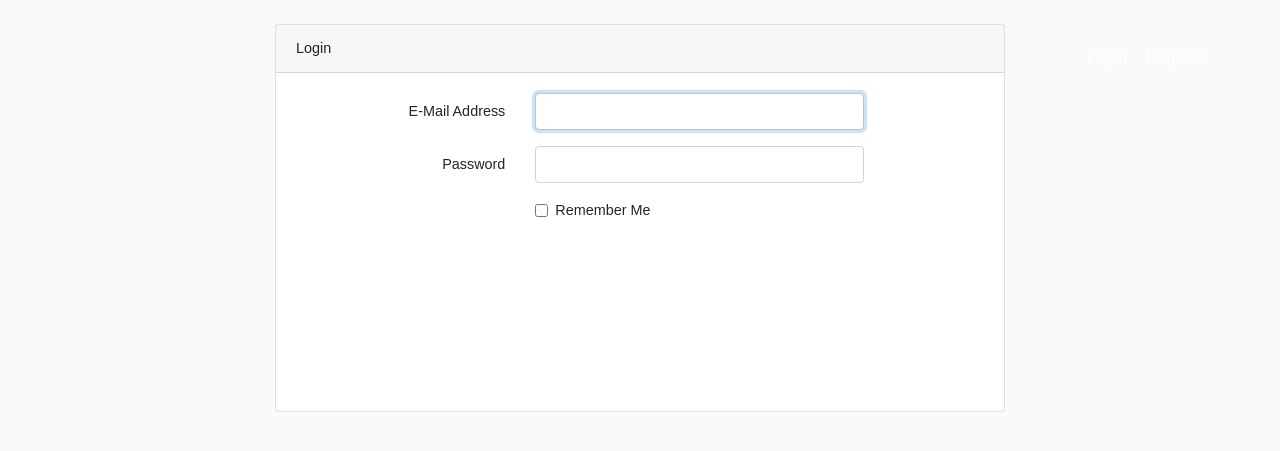
Repository: PatryxB/buildHouse
Page: http://localhost/login
These files come from the project's save history. The page is drawn as it stood at one moment and after the next save; the edit follows.
The browser window is 1280 px wide. The pictures show the whole page.
Some web fonts or font styles are not loaded; a fallback is used. The page is served by the project's Laravel application, run on PHP 8.4 with Laravel 8. Other server files are loaded and not shown. Style sheets and scripts are compiled from the project's sources, by tool versions that may differ from the author's.

Above is the page before, as saved 2020-04-30 20:32:21.

### resources/views/layouts/app.blade.php
<!doctype html>
<html lang="{{ str_replace('_', '-', app()->getLocale()) }}">
<head>
    <meta charset="utf-8">
    <meta name="viewport" content="width=device-width, initial-scale=1">

    <!-- CSRF Token -->
    <meta name="csrf-token" content="{{ csrf_token() }}">

    <title>{{ config('app.name', 'Laravel') }}</title>

    <!-- Scripts -->
    <script src="{{ asset('js/app.js') }}" defer></script>

    <!-- Fonts -->
    <link rel="dns-prefetch" href="//fonts.gstatic.com">
    <link href="https://fonts.googleapis.com/css?family=Nunito" rel="stylesheet">

    <!-- Styles -->
    <link href="{{ asset('css/app.css') }}" rel="stylesheet">
</head>
<body>
    <div id="app">
        <nav>
            @if (Route::has('login'))
                <div class="top-right links">
                    @auth
                        <a href="{{ url('/home') }}">Home</a>
                    @else
                        <a href="{{ route('login') }}">Login</a>

                        @if (Route::has('register'))
                            <a href="{{ route('register') }}">Register</a>
                        @endif
                    @endauth
                </div>
            @endif

        </nav>
        <main class="py-4">
            @yield('content')
        </main>
    </div>
</body>
</html>

### resources/sass/app.scss
// Fonts
@import url('https://fonts.googleapis.com/css?family=Nunito');
@import url('https://fonts.googleapis.com/css2?family=Varela+Round&display=swap');

// Variables
@import 'variables';

// Bootstrap
@import '~bootstrap/scss/bootstrap';

html, body{
    margin: 0;
    padding: 0;
    box-sizing: border-box;
    font-family: 'Varela Round', sans-serif;
}

.banner img{
    width: 100%;
    height: 75vh;
    background-repeat: no-repeat;
    position: relative;
}
nav{
    position: absolute;
    top: 8%;
    left: 89%;
    transform: translate(-50%, -50%);
}
nav a {
    color: white;
    font-size: 16px;
    margin-left: 15px;
}
.text-banner{
    color: white;
    position: absolute;
    top: 30%;
    left: 50%;
    transform: translate(-50%, -50%);
    text-align: center;
}
.btn{
    border: solid 2px white;
    background-color: transparent;
    color: white;
    margin-top: 100px;
    font-size: 18px;
    padding: 10px;
}
.btn:hover{
    background-color: white;
    color:rgba(92, 217, 255, 0.4);
}

Loaded but not shown: routes/web.php (common file); app/Http/Controllers/Auth/LoginController.php (common file); app/Http/Controllers/Controller.php (common file); app/Http/Controllers/Auth/ConfirmPasswordController.php (common file); resources/views/auth/login.blade.php (common file); resources/sass/_variables.scss (common file)

After the next save:
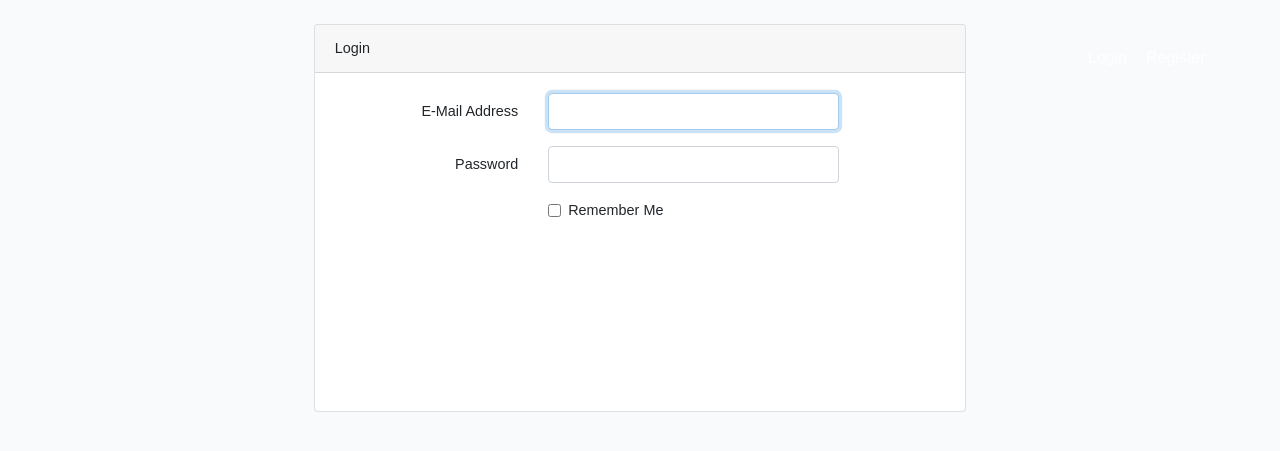
Saved 29 s later.
--- a/resources/sass/app.scss
+++ b/resources/sass/app.scss
@@ -52,3 +52,7 @@ nav a {
     background-color: white;
     color:rgba(92, 217, 255, 0.4);
 }
+.container{
+    width: 80%;
+    margin: 0 auto;
+}
